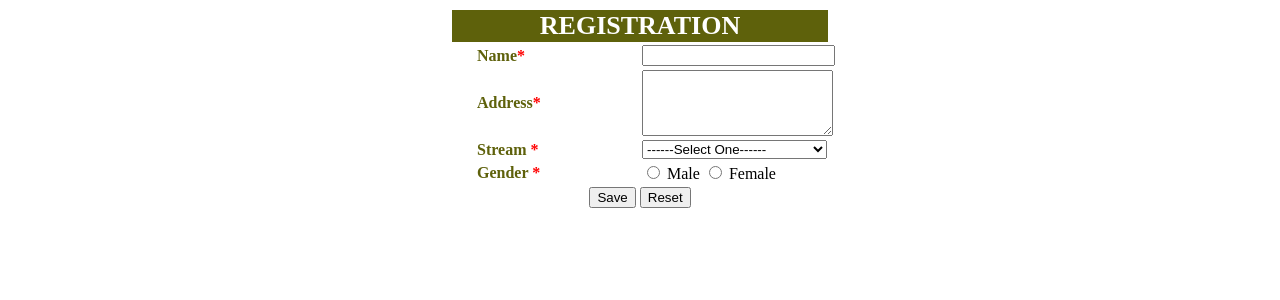
Repository: nsbgit/JavaTutorial
Page: http://localhost/Proj/
These files come from the project's save history. The page is drawn as it stood at one moment and after the next save; the edit follows.
The browser window is 1280 px wide. The pictures show the whole page.
The page is served by Tomcat 9.

Above is the page before, as saved 2013-09-29 08:37:09.

### Webel/IDE/2013-09-29/TheSukanta/Proj/WebContent/first.jsp
<%@ page language="java" contentType="text/html; charset=ISO-8859-1"
    pageEncoding="ISO-8859-1"%>
<!DOCTYPE html PUBLIC "-//W3C//DTD HTML 4.01 Transitional//EN" "http://www.w3.org/TR/html4/loose.dtd">
<html>
<head>
<meta http-equiv="Content-Type" content="text/html; charset=ISO-8859-1">
<title>Insert title here</title>
<style type="text/css">
	.hd {
		background-color: #5E610B;
		color: white;
		font-size:  26px;
		font-weight: bold;
	}
	.lbl {
		font-weight: bold; color: #5E610B; padding-left: 25px;
	}
</style>
</head>
<body>
	<table align="center">
		<tr>
			<td align="center" colspan="2" class="hd"> REGISTRATION  </td>
		</tr>
		<tr>
			<td width="50%" class="lbl">Name<font color="red">*</font> </td>
			<td>
				<input type="text" name="sName" id="sName" style="width: 100%">
			</td>
		</tr>
		<tr>
			<td width="50%" class="lbl">Address<font color="red">*</font> </td>
			<td>
				<textarea rows="4" cols="20" name="add" id="add"  style="width: 100%"></textarea>
			</td>
		</tr>
		<tr>
			<td width="50%" class="lbl">Stream <font color="red">*</font> </td>
			<td>
				<select name="stream" id="stream"  style="width: 100%">
					<option value="">------Select One------</option>
					<option value="cse">Computer Science</option>
					<option value="It">Information Technology</option>
					<option value="mca">MCA</option>
				</select>
			</td>
		</tr>
		<tr>
			<td width="50%" class="lbl">Gender <font color="red">*</font> </td>
			<td>
				<input type="radio" name="gen" value="m"> Male
				<input type="radio" name="gen" value="f"> Female
			</td>
		</tr>
		<tr>
			<td colspan="2" align="center">
				<input type="submit" value="Save">
				<input type="reset" value="Reset">
			</td>
		</tr>
	</table>
</body>
</html>

After the next save:
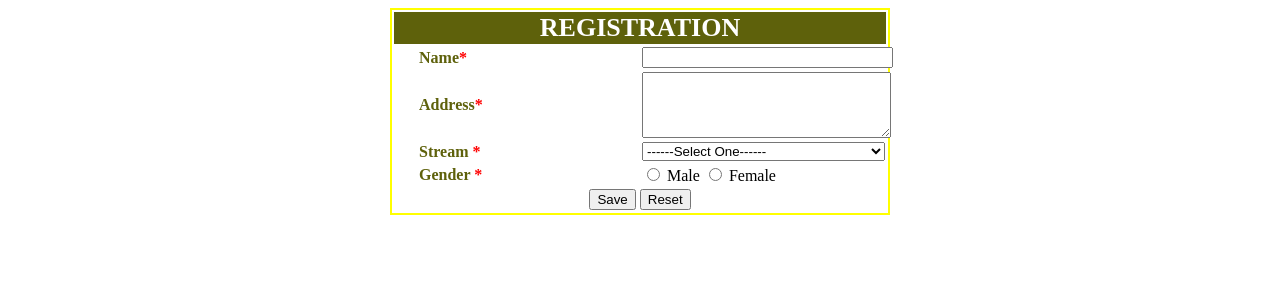
Saved 118 s later.
--- a/Webel/IDE/2013-09-29/TheSukanta/Proj/WebContent/first.jsp
+++ b/Webel/IDE/2013-09-29/TheSukanta/Proj/WebContent/first.jsp
@@ -15,10 +15,13 @@
 	.lbl {
 		font-weight: bold; color: #5E610B; padding-left: 25px;
 	}
+	.tab {
+		border: 2px solid yellow;
+	}
 </style>
 </head>
 <body>
-	<table align="center">
+	<table width="500px" align="center" class="tab">
 		<tr>
 			<td align="center" colspan="2" class="hd"> REGISTRATION  </td>
 		</tr>
